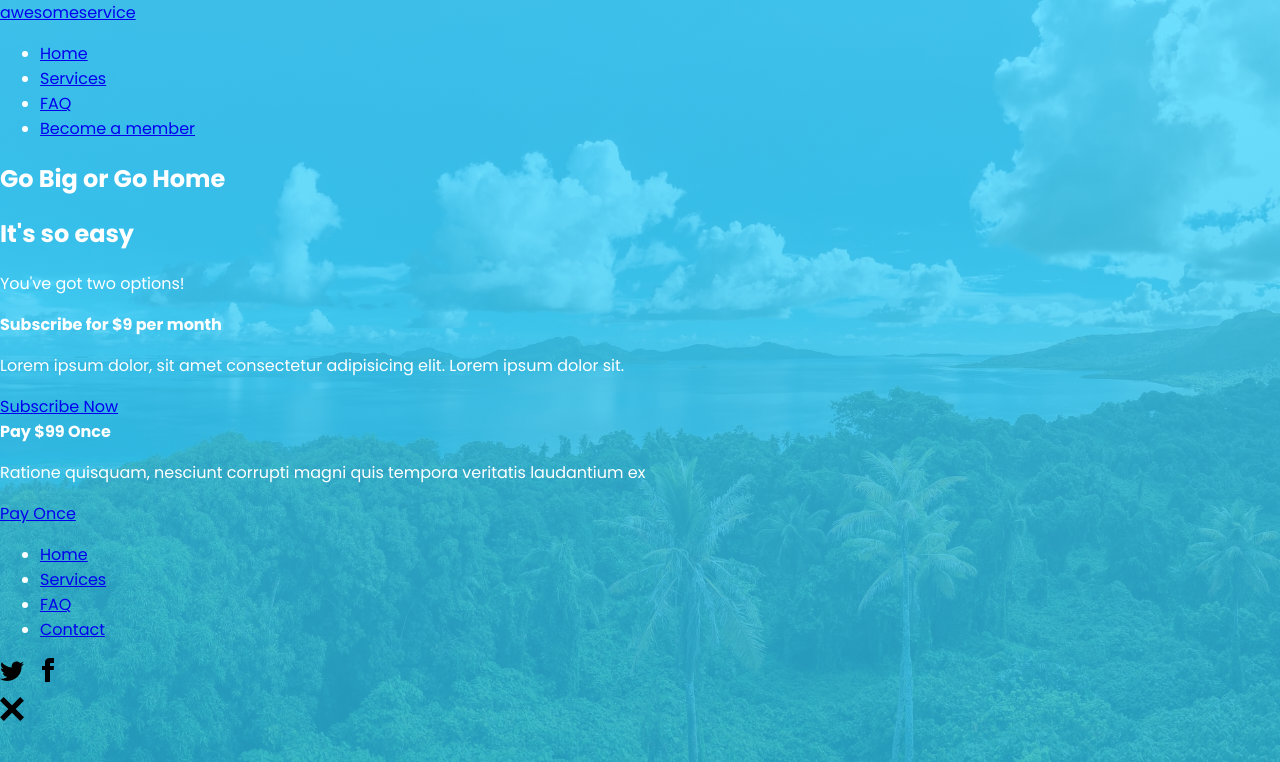
Repository: Hyperion72R/Animated-Navigation
Page: index.html
These files come from the project's save history. The page is drawn as it stood at one moment and after the next save; the edit follows.
The browser window is 1280 px wide. The pictures show the whole page.
The style sheet was rebuilt from its Sass, Less or Tailwind sources for each picture, by a compiler version that may differ from the author's.

Above is the page before, as saved 2021-08-14 15:38:59.

### index.html
<!DOCTYPE html>
<html lang="en">
  <head>
    <meta charset="UTF-8" />
    <meta http-equiv="X-UA-Compatible" content="IE=edge" />
    <meta name="viewport" content="width=device-width, initial-scale=1.0" />
    <title>Document</title>
    <link rel="stylesheet" href="css/main.css" />
  </head>
  <body>
    <header>
      <a href="#" class="logo">awesomeservice</a>

      <nav>
        <ul>
          <li><a href="#">Home</a></li>
          <li><a href="#">Services</a></li>
          <li><a href="#">FAQ</a></li>
          <li class="active"><a href="#">Become a member</a></li>
        </ul>
      </nav>
    </header>

    <section>
      <h1>Go Big or Go Home</h1>
    </section>

    <div class="overlay">
      <div class="left">
        <h2>It's so easy</h2>
        <p>You've got two options!</p>

        <div class="cards">
          <div class="card">
            <strong>Subscribe for $9 per month</strong>
            <p>
              Lorem ipsum dolor, sit amet consectetur adipisicing elit. Lorem
              ipsum dolor sit.
            </p>
            <a href="#" class="cta">Subscribe Now</a>
          </div>

          <div class="card">
            <strong>Pay $99 Once</strong>
            <p>
              Ratione quisquam, nesciunt corrupti magni quis tempora veritatis
              laudantium ex
            </p>
            <a href="#" class="cta pay-once">Pay Once</a>
          </div>
        </div>
      </div>

      <div class="middle">
        <ul class="secondary">
          <li><a href="#">Home</a></li>
          <li><a href="#">Services</a></li>
          <li><a href="#">FAQ</a></li>
          <li><a href="#">Contact</a></li>
        </ul>

        <div class="social-nav">
          <a href="" class="twitter"
            ><svg
              xmlns="http://www.w3.org/2000/svg"
              width="32"
              height="32"
              viewBox="0 -1.15 32 32"
            >
              <path
                d="M24 4.557c-.883.392-1.832.656-2.828.775 1.017-.609 1.798-1.574 2.165-2.724-.951.564-2.005.974-3.127 1.195-.897-.957-2.178-1.555-3.594-1.555-3.179 0-5.515 2.966-4.797 6.045-4.091-.205-7.719-2.165-10.148-5.144-1.29 2.213-.669 5.108 1.523 6.574-.806-.026-1.566-.247-2.229-.616-.054 2.281 1.581 4.415 3.949 4.89-.693.188-1.452.232-2.224.084.626 1.956 2.444 3.379 4.6 3.419-2.07 1.623-4.678 2.348-7.29 2.04 2.179 1.397 4.768 2.212 7.548 2.212 9.142 0 14.307-7.721 13.995-14.646.962-.695 1.797-1.562 2.457-2.549z"
              /></svg
          ></a>
          <a href="" class="facebook"
            ><svg
              xmlns="http://www.w3.org/2000/svg"
              width="32"
              height="32"
              viewBox="0 0 32 32"
            >
              <path
                d="M9 8h-3v4h3v12h5v-12h3.642l.358-4h-4v-1.667c0-.955.192-1.333 1.115-1.333h2.885v-5h-3.808c-3.596 0-5.192 1.583-5.192 4.615v3.385z"
              /></svg
          ></a>
        </div>
      </div>

      <div class="right">
        <svg
          class="exit"
          xmlns="http://www.w3.org/2000/svg"
          width="58"
          height="58"
          viewBox="0 0 58 58"
        >
          <path
            d="M24 20.188l-8.315-8.209 8.2-8.282-3.697-3.697-8.212 8.318-8.31-8.203-3.666 3.666 8.321 8.24-8.206 8.313 3.666 3.666 8.237-8.318 8.285 8.203z"
          />
        </svg>
      </div>
    </div>
  </body>
</html>

### css/main.scss
@import url("https://fonts.googleapis.com/css2?family=Poppins:ital,wght@0,400;0,500;0,600;0,700;0,800;0,900;1,400;1,500;1,600;1,700;1,800;1,900&display=swap");

*,
*:before,
*::after {
  box-sizing: border-box;
}

body {
  //   height: 100vh;
  //   background: #8000ff url("../assets/images/bg.jpg");
  background: linear-gradient(rgba(74, 216, 255, 0.8), rgba(44, 189, 230, 0.8)),
    url("../assets/images/bg.jpg");
  background-size: cover;
  color: white;
  font-family: "Poppins";
  margin: 0;
  //   overflow: hidden;
  background-repeat: no-repeat;
}

After the next save:
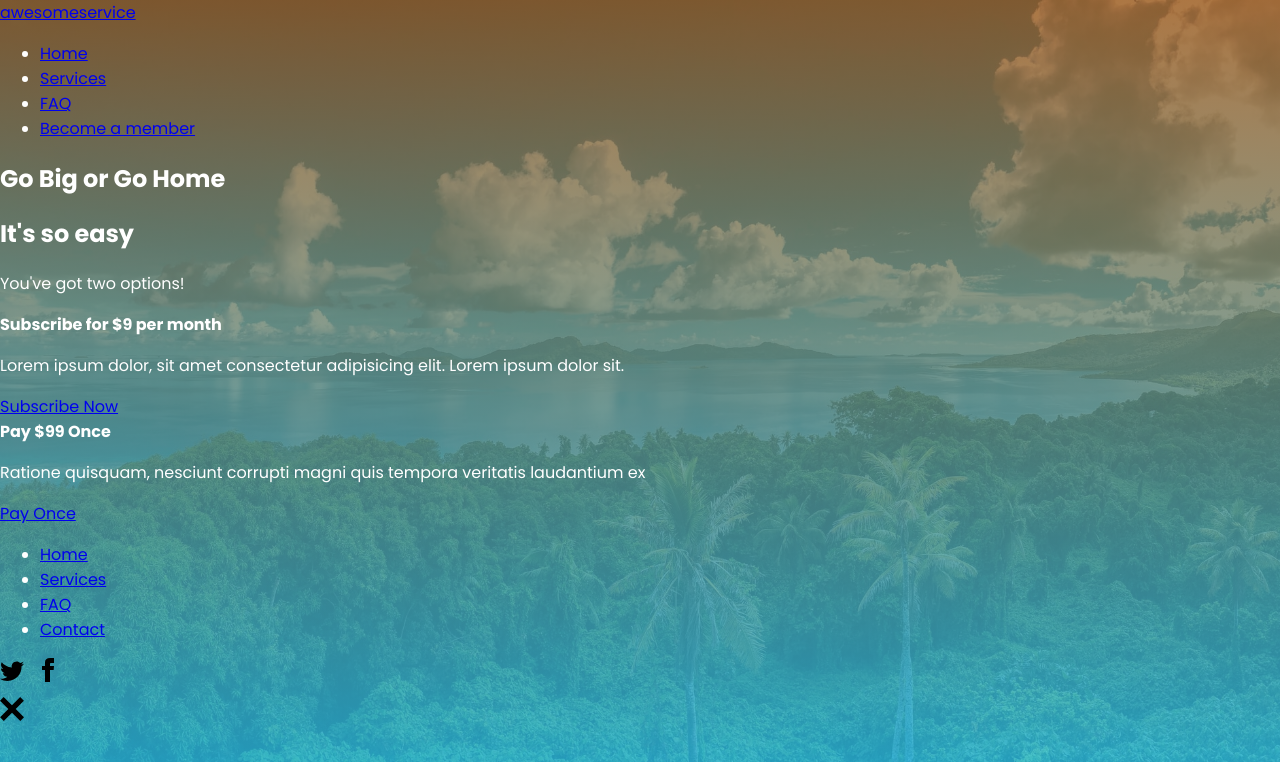
Saved 40 s later.
--- a/css/main.scss
+++ b/css/main.scss
@@ -9,7 +9,7 @@
 body {
   //   height: 100vh;
   //   background: #8000ff url("../assets/images/bg.jpg");
-  background: linear-gradient(rgba(74, 216, 255, 0.8), rgba(44, 189, 230, 0.8)),
+  background: linear-gradient(rgba(153, 86, 22, 0.8), rgba(44, 189, 230, 0.8)),
     url("../assets/images/bg.jpg");
   background-size: cover;
   color: white;
